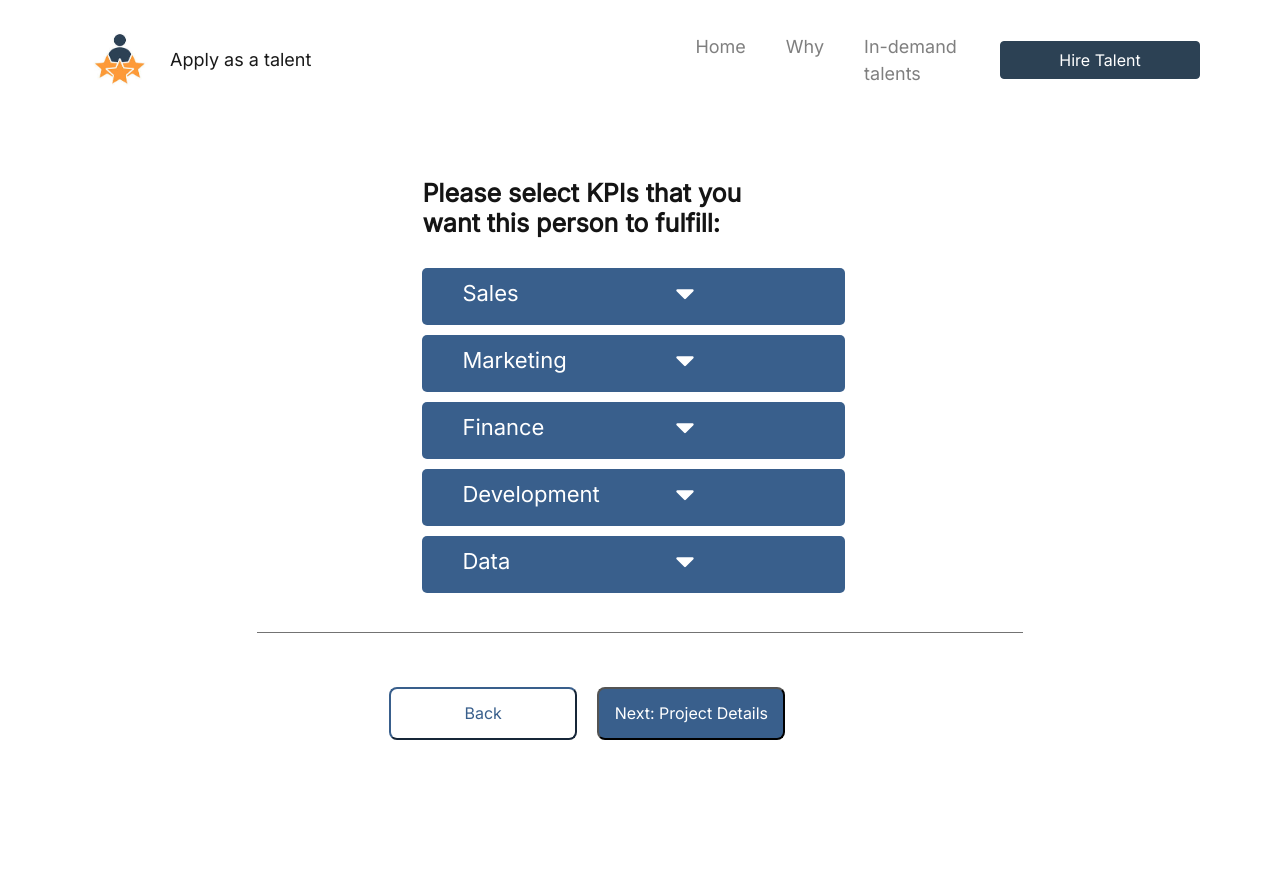
Repository: Ashwe9/talent-hire-reactJs
Page: /kpis
An editor plug-in stored every save of this project. The page is shown before and after the next save, followed by the edit.
The browser window is 1280 px wide. The pictures show the whole page.
The project was rebuilt for these pictures with package versions that can differ from the ones it lists, and the page was loaded fresh each time. A package was used in the major version that the imports need, not the one package.json lists. Also part of the build but not shown: src/homePage/components/TrustedBy/TrustedBy.css, src/homePage/components/TrustedBy/TrustedBy.js, src/homePage/components/Roles/Roles.css, src/homePage/components/Roles/Roles.js, src/homePage/components/homePageFooter/HomePageFooter.css, src/homePage/components/homePageFooter/HomePageFooter.js, src/homePage/HomePage.js, src/kpisPage/Talents.css and 2 more.

Above is the page before, as saved 2022-08-18 18:10:04.

After the next save:
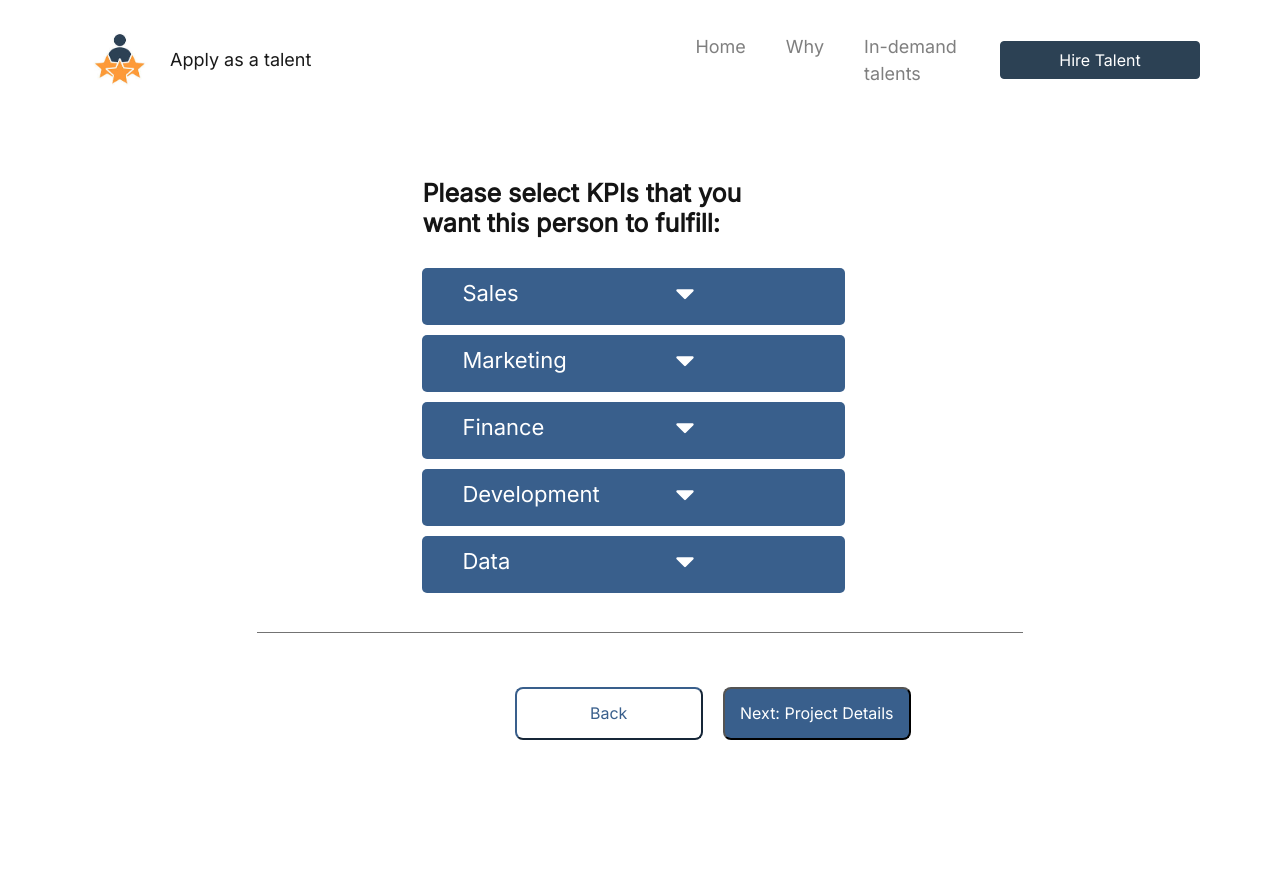
Saved 12 s later.
--- a/src/shared-components/Footer/Footer.css
+++ b/src/shared-components/Footer/Footer.css
@@ -23,7 +23,7 @@
     height: 10%;
     width: 15%;
     border-radius: 0.5rem;
-    margin-left: 30%;
+    margin-left: 40%;
     margin-bottom: 10%;
 }
 .Footer-button-next{
